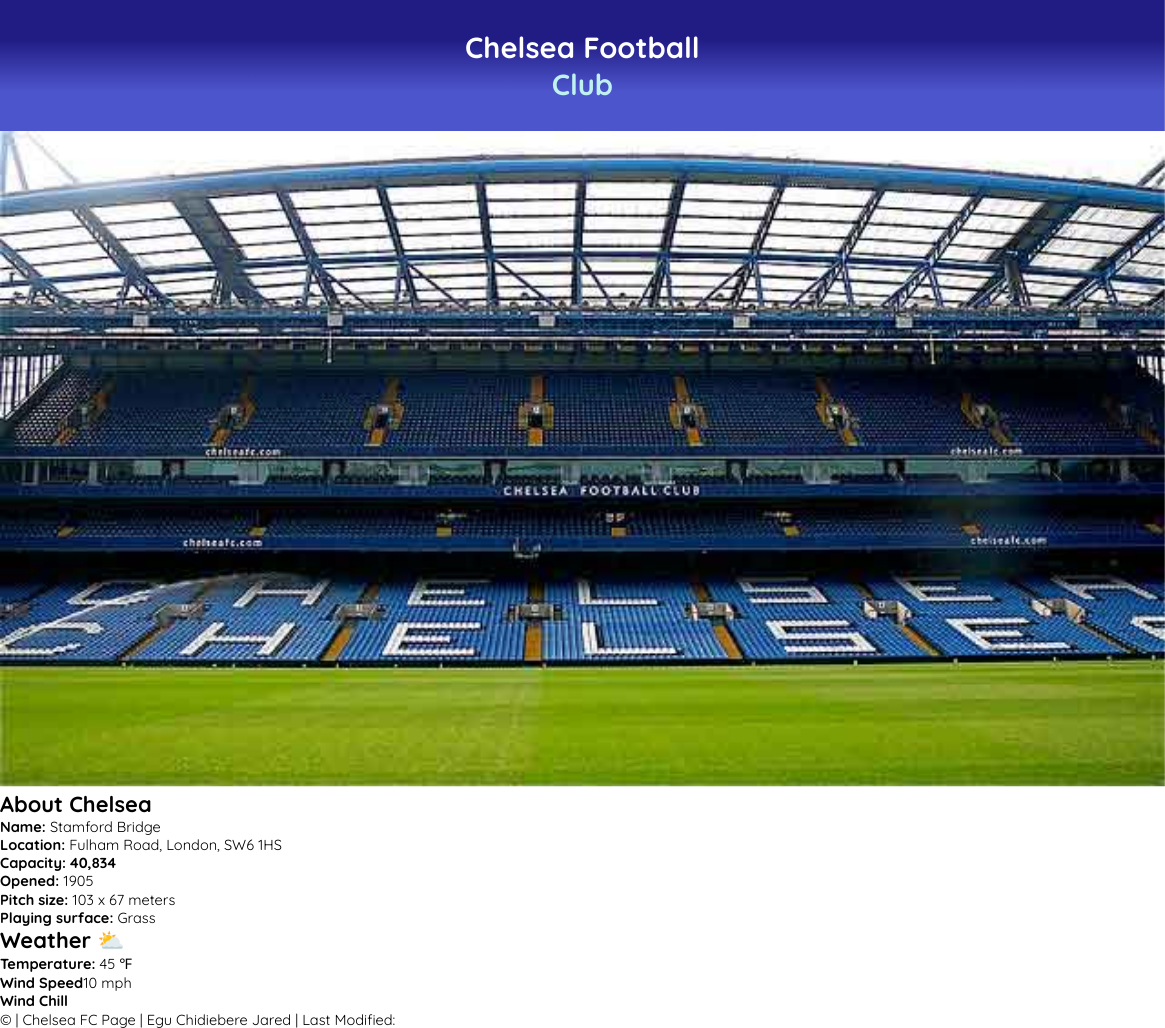
Repository: EguJaredoBoyd/wdd131
Page: place..html
An editor plug-in stored every save of this project. The page is shown before and after the next save, followed by the edit.
The browser window is 1280 px wide. The pictures show the whole page, at 91% of full size.
Some web libraries are served in a nearby version.

Above is the page before, as saved 2025-05-23 23:33:18.

### place..html
<!DOCTYPE html>
<html lang="en">

<head>
    <meta charset="UTF-8">
    <meta name="viewport" content="width=device-width, initial-scale=1.0">
    <meta name="description" content="A simple responsive webpage that shows a gallery picture of different temples">
    <meta name="author" content="Egu Chidiebere Jared">
    <title>WDD131 - Chelsea Football Club - Egu Chidiebere Jared</title>
    <link rel="preconnect" href="https://fonts.googleapis.com">
    <link rel="preconnect" href="https://fonts.gstatic.com" crossorigin>
    <link href="https://fonts.googleapis.com/css2?family=Quicksand:wght@300..700&display=swap" rel="stylesheet">
    <link rel="stylesheet" href="https://cdn.jsdelivr.net/npm/remixicon@4.6.0/fonts/remixicon.min.css">
    <link rel="stylesheet" href="./styles/place.css">
    <link rel="stylesheet" href="./styles/place-large.css">
    <script src="./scripts/place.js" defer></script>
</head>
<body>
    <header>
        <h1>Chelsea Football <span class="club"> Club</span></h1>
    </header>
    <main>
        <section>
            <picture>
                <source media="(max-width 768px)" srcset="./images/stanford-mobile-size.webp" sizes="100vw">
                <source media="(min-width: 769px)" srcset="./images/stanford-bridge.webp" sizes="100vw">
                <img src="./images/stanford-mobile-size.webp" alt="stamford bridge">
            </picture>
        </section>
        <section class="info">
            <h2>About Chelsea</h2>
            <p><strong>Name: </strong> Stamford Bridge</p>
            <p><strong>Location: </strong>Fulham Road, London, SW6 1HS</p>
            <p><strong>Capacity: 40,834</strong></p>
            <p><strong>Opened: </strong>1905</p>
            <p><strong>Pitch size: </strong>103 x 67 meters</p>
            <p><strong>Playing surface: </strong>Grass</p>
        </section>
        <section class="weather">
            <h2>Weather <span>⛅</span></h2>
            <p><strong>Temperature: </strong><span id="temp">45</span> ℉</p>
            <p><strong>Wind Speed</strong><span id="speed">10</span> mph</p>
            <p><strong>Wind Chill</strong><span id="chill"></span></p>
        </section>
    </main>
    <footer>
        <p>&copy; <span id="year"></span> | Chelsea FC Page | Egu Chidiebere Jared |  Last Modified: <span id="lastModified"></span></p>
    </footer>

</body>
</html>

### styles/place.css
:root {
    --primary-color: #211C84;
    --secondary-color: #4D55CC;
    --accent-color:#7A73D1;
    --font-stack:"Quicksand", sans-serif;

}
*{
    margin: 0;
    padding: 0;
    box-sizing: border-box;
    font-family: var(--font-stack);
}
header{
    width: 100%;
    background-color: var(--primary-color);
    color: white;
    padding: 2rem;
    background: linear-gradient(to bottom , var(--primary-color) 30%, var(--secondary-color) 70%);

}
header h1{
    display: flex;
    flex-direction: column;
    justify-content: center;
    align-items: center;
    margin: auto;
}

.club{
    align-self: center;
    color: rgb(191, 241, 241);
}
section picture img{
    width: 100vw;
}

Loaded but not shown: styles/place-large.css (no stored copy; drawn as an empty file); scripts/place.js (no stored copy; drawn as an empty file)

After the next save:
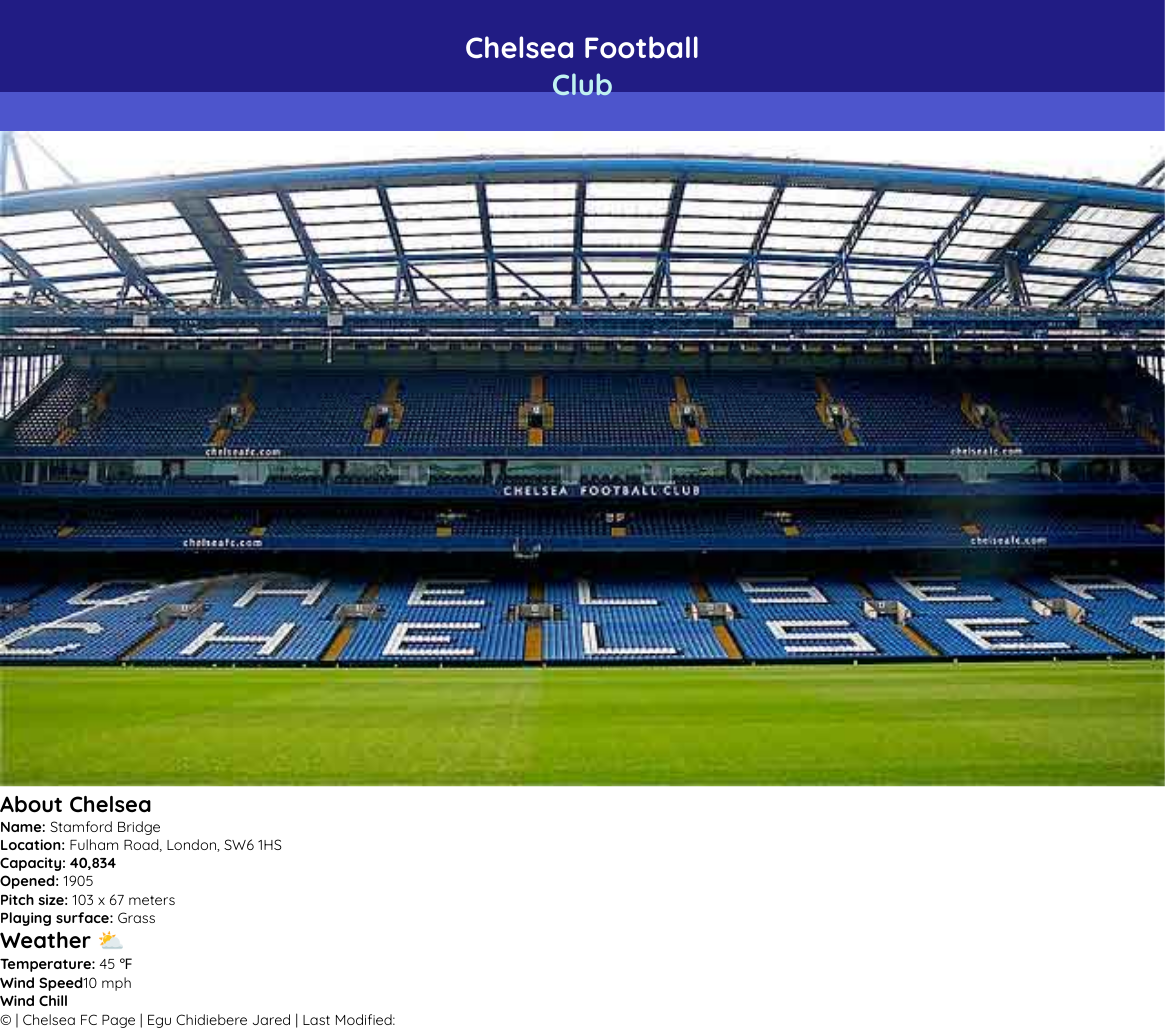
Saved 3 min 37 s later.
--- a/styles/place.css
+++ b/styles/place.css
@@ -16,7 +16,7 @@
     background-color: var(--primary-color);
     color: white;
     padding: 2rem;
-    background: linear-gradient(to bottom , var(--primary-color) 30%, var(--secondary-color) 70%);
+    background: linear-gradient(to bottom , var(--primary-color) 70%, var(--secondary-color) 70%);
 
 }
 header h1{
